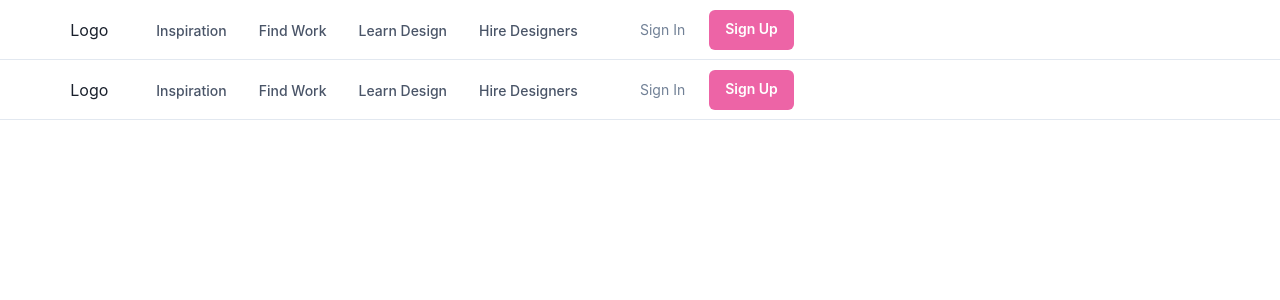
Repository: phob0/stake-app
Page: /layout
These files come from the project's save history. The page is drawn as it stood at one moment and after the next save; the edit follows.
The browser window is 1280 px wide. The pictures show the whole page.
The project was rebuilt for these pictures with package versions that can differ from the ones it lists, and the page was loaded fresh each time. The framework's server and built-in components were replaced by stand-ins that run in the browser. Also part of the build but not shown: next.config.js.

Above is the page before, as saved 2023-08-31 03:20:46.

### pages/_app.tsx
import type { AppProps } from 'next/app'
import Layout from './layout'
import { ChakraProvider } from '@chakra-ui/react'

export default function ({ Component, pageProps }: AppProps) {
    return (
        <ChakraProvider>
            <Layout>
                <Component {...pageProps} />
            </Layout>
        </ChakraProvider>
    )
}

### pages/layout.tsx

import Navbar from './../components/Navbar/Navbar'

export default function Layout({ children }: {
    children: React.ReactNode;
}) {
    return (
        <div className="content">
            <Navbar />
            {children}
        </div>
    );
}

### components/Navbar/Navbar.tsx
'use client'

import {
  Box,
  Flex,
  Text,
  IconButton,
  Button,
  Stack,
  Collapse,
  Icon,
  Popover,
  PopoverTrigger,
  PopoverContent,
  useColorModeValue,
  useBreakpointValue,
  useDisclosure,
} from '@chakra-ui/react'
import {
  HamburgerIcon,
  CloseIcon,
  ChevronDownIcon,
  ChevronRightIcon,
} from '@chakra-ui/icons'

export default function Navbar() {
  const { isOpen, onToggle } = useDisclosure()

  return (
    <Box>
      <Flex
        bg={useColorModeValue('white', 'gray.800')}
        color={useColorModeValue('gray.600', 'white')}
        minH={'60px'}
        py={{ base: 2 }}
        px={{ base: 4 }}
        borderBottom={1}
        borderStyle={'solid'}
        borderColor={useColorModeValue('gray.200', 'gray.900')}
        align={'center'}>
        <Flex
          flex={{ base: 1, md: 'auto' }}
          ml={{ base: -2 }}
          display={{ base: 'flex', md: 'none' }}>
          <IconButton
            onClick={onToggle}
            icon={isOpen ? <CloseIcon w={3} h={3} /> : <HamburgerIcon w={5} h={5} />}
            variant={'ghost'}
            aria-label={'Toggle Navigation'}
          />
        </Flex>
        <Flex flex={{ base: 1 }} justify={{ base: 'center', md: 'center' }}>
          <Text
            textAlign={useBreakpointValue({ base: 'center', md: 'left' })}
            fontFamily={'heading'}
            color={useColorModeValue('gray.800', 'white')}>
            Logo
          </Text>

          <Flex display={{ base: 'none', md: 'flex' }} ml={10}>
            <DesktopNav />
          </Flex>
        </Flex>

        <Stack
          flex={{ base: 1, md: 1 }}
          justify={'flex-center'}
          direction={'row'}
          spacing={6}>
          <Button as={'a'} fontSize={'sm'} fontWeight={400} variant={'link'} href={'#'}>
            Sign In
          </Button>
          <Button
            as={'a'}
            display={{ base: 'none', md: 'inline-flex' }}
            fontSize={'sm'}
            fontWeight={600}
            color={'white'}
            bg={'pink.400'}
            href={'#'}
            _hover={{
              bg: 'pink.300',
            }}>
            Sign Up
          </Button>
        </Stack>
      </Flex>

      <Collapse in={isOpen} animateOpacity>
        <MobileNav />
      </Collapse>
    </Box>
  )
}

const DesktopNav = () => {
  const linkColor = useColorModeValue('gray.600', 'gray.200')
  const linkHoverColor = useColorModeValue('gray.800', 'white')
  const popoverContentBgColor = useColorModeValue('white', 'gray.800')

  return (
    <Stack direction={'row'} spacing={4}>
      {NAV_ITEMS.map((navItem) => (
        <Box key={navItem.label}>
          <Popover trigger={'hover'} placement={'bottom-start'}>
            <PopoverTrigger>
              <Box
                as="a"
                p={2}
                href={navItem.href ?? '#'}
                fontSize={'sm'}
                fontWeight={500}
                color={linkColor}
                _hover={{
                  textDecoration: 'none',
                  color: linkHoverColor,
                }}>
                {navItem.label}
              </Box>
            </PopoverTrigger>

            {navItem.children && (
              <PopoverContent
                border={0}
                boxShadow={'xl'}
                bg={popoverContentBgColor}
                p={4}
                rounded={'xl'}
                minW={'sm'}>
                <Stack>
                  {navItem.children.map((child) => (
                    <DesktopSubNav key={child.label} {...child} />
                  ))}
                </Stack>
              </PopoverContent>
            )}
          </Popover>
        </Box>
      ))}
    </Stack>
  )
}

const DesktopSubNav = ({ label, href, subLabel }: NavItem) => {
  return (
    <Box
      as="a"
      href={href}
      role={'group'}
      display={'block'}
      p={2}
      rounded={'md'}
      _hover={{ bg: useColorModeValue('pink.50', 'gray.900') }}>
      <Stack direction={'row'} align={'center'}>
        <Box>
          <Text
            transition={'all .3s ease'}
            _groupHover={{ color: 'pink.400' }}
            fontWeight={500}>
            {label}
          </Text>
          <Text fontSize={'sm'}>{subLabel}</Text>
        </Box>
        <Flex
          transition={'all .3s ease'}
          transform={'translateX(-10px)'}
          opacity={0}
          _groupHover={{ opacity: '100%', transform: 'translateX(0)' }}
          justify={'flex-end'}
          align={'center'}
          flex={1}>
          <Icon color={'pink.400'} w={5} h={5} as={ChevronRightIcon} />
        </Flex>
      </Stack>
    </Box>
  )
}

const MobileNav = () => {
  return (
    <Stack bg={useColorModeValue('white', 'gray.800')} p={4} display={{ md: 'none' }}>
      {NAV_ITEMS.map((navItem) => (
        <MobileNavItem key={navItem.label} {...navItem} />
      ))}
    </Stack>
  )
}

const MobileNavItem = ({ label, children, href }: NavItem) => {
  const { isOpen, onToggle } = useDisclosure()

  return (
    <Stack spacing={4} onClick={children && onToggle}>
      <Box
        py={2}
        as="a"
        href={href ?? '#'}
        justifyContent="space-between"
        alignItems="center"
        _hover={{
          textDecoration: 'none',
        }}>
        <Text fontWeight={600} color={useColorModeValue('gray.600', 'gray.200')}>
          {label}
        </Text>
        {children && (
          <Icon
            as={ChevronDownIcon}
            transition={'all .25s ease-in-out'}
            transform={isOpen ? 'rotate(180deg)' : ''}
            w={6}
            h={6}
          />
        )}
      </Box>

      <Collapse in={isOpen} animateOpacity style={{ marginTop: '0!important' }}>
        <Stack
          mt={2}
          pl={4}
          borderLeft={1}
          borderStyle={'solid'}
          borderColor={useColorModeValue('gray.200', 'gray.700')}
          align={'start'}>
          {children &&
            children.map((child) => (
              <Box as="a" key={child.label} py={2} href={child.href}>
                {child.label}
              </Box>
            ))}
        </Stack>
      </Collapse>
    </Stack>
  )
}

interface NavItem {
  label: string
  subLabel?: string
  children?: Array<NavItem>
  href?: string
}

const NAV_ITEMS: Array<NavItem> = [
  {
    label: 'Inspiration',
    children: [
      {
        label: 'Explore Design Work',
        subLabel: 'Trending Design to inspire you',
        href: '#',
      },
      {
        label: 'New & Noteworthy',
        subLabel: 'Up-and-coming Designers',
        href: '#',
      },
    ],
  },
  {
    label: 'Find Work',
    children: [
      {
        label: 'Job Board',
        subLabel: 'Find your dream design job',
        href: '#',
      },
      {
        label: 'Freelance Projects',
        subLabel: 'An exclusive list for contract work',
        href: '#',
      },
    ],
  },
  {
    label: 'Learn Design',
    href: '#',
  },
  {
    label: 'Hire Designers',
    href: '#',
  },
]

After the next save:
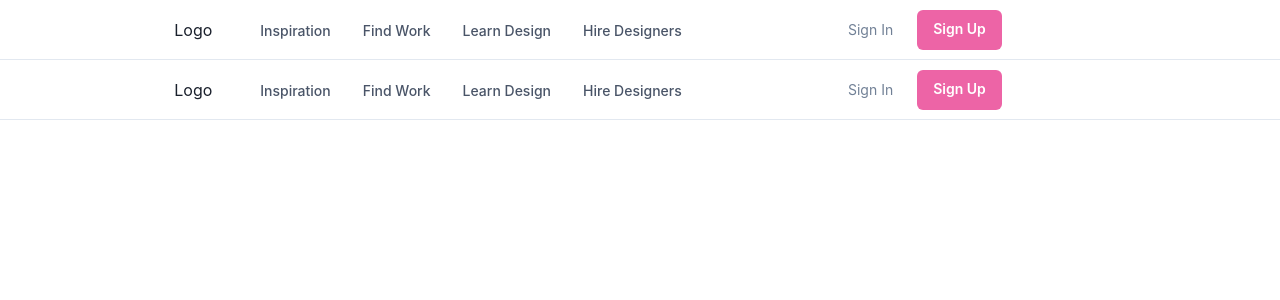
Saved 45 s later.
--- a/components/Navbar/Navbar.tsx
+++ b/components/Navbar/Navbar.tsx
@@ -49,7 +49,7 @@ export default function Navbar() {
             aria-label={'Toggle Navigation'}
           />
         </Flex>
-        <Flex flex={{ base: 1 }} justify={{ base: 'center', md: 'center' }}>
+        <Flex flex={{ base: 2 }} justify={{ base: 'center', md: 'center' }}>
           <Text
             textAlign={useBreakpointValue({ base: 'center', md: 'left' })}
             fontFamily={'heading'}
